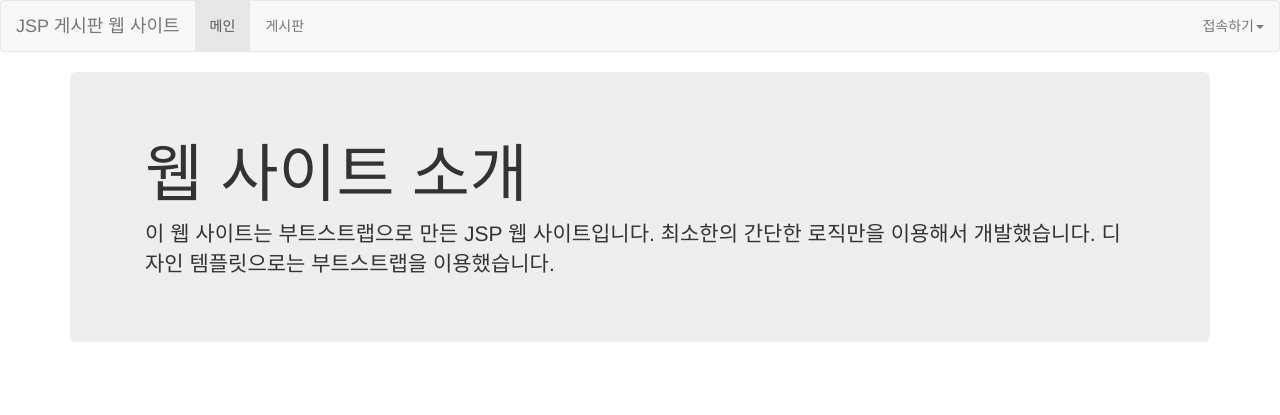
Repository: jsj961/bulletin-board-system
Page: http://localhost/BBS/main.jsp
The author's editor kept a copy of each file at every save. The page is drawn from the files as they stood at one save, then again after the next save.
The browser window is 1280 px wide. The pictures show the whole page.
Some web libraries are served in a nearby version. The page is served by Tomcat 9.

Above is the page before, as saved 2021-07-02 08:21:48.

After the next save:
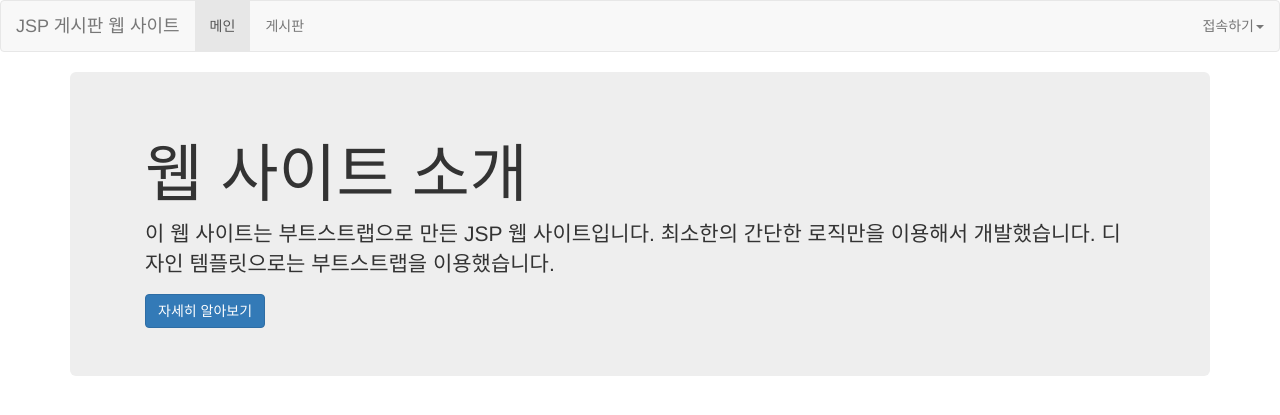
Saved 58 s later.
--- a/BBS/src/main/webapp/main.jsp
+++ b/BBS/src/main/webapp/main.jsp
@@ -69,6 +69,7 @@
 			<div class="container">
 				<h1>웹 사이트 소개</h1>
 				<p>이 웹 사이트는 부트스트랩으로 만든 JSP 웹 사이트입니다. 최소한의 간단한 로직만을 이용해서 개발했습니다. 디자인 템플릿으로는 부트스트랩을 이용했습니다.</p>
+				<a class="btn btn-primary btn-pull" href="#" role="button">자세히 알아보기</a>
 			</div>
 		</div>
 	</div>
